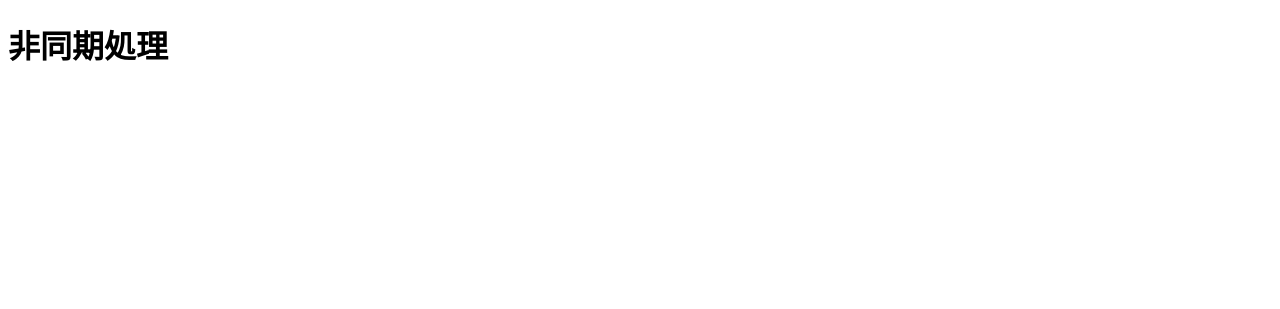
Repository: Takimidxgs/my-portfolio
Page: 1_6_non_sync/1_6_non_sync.html
These files come from the project's save history. The page is drawn as it stood at one moment and after the next save; the edit follows.
The browser window is 1280 px wide. The pictures show the whole page.

Above is the page before, as saved 2026-10-16 15:22:31.

### 1_6_non_sync/1_6_non_sync.html
<!DOCTYPE html>
<html lang="ja">
<head>
    <meta charset="UTF-8">
    <meta name="viewport" content="width=device-width, initial-scale=1.0">
    <title>非同期処理</title>
</head>
<body>
    <h1>非同期処理</h1>
    <script src="1_6_non_sync.js"></script>

</body>
</html>

### 1_6_non_sync/1_6_non_sync.js
function makeCoffee() {
    console.log("☕ スタッフ:先にコーヒーを準備します...");
    return new Promise((resolve) => {
        setTimeout(() => {
            console.log("✅ コーヒーができました！");
            resolve();
        }, 2000); // 2秒
    });
}

function makeSandwich() {
     console.log("🥪 スタッフ:次にサンドイッチを準備します...");
    return new Promise((resolve) => {
        setTimeout(() => {
            console.log("✅ サンドイッチができました！");
            resolve();
        }, 3000); // 3秒
    });
}

async function serveCustomer() {
    await Promise.all([makeCoffee(),makeSandwich()]);
    console.log("スタッフ:すべてできたので配膳します");
}

console.log("🥪 お客様がコーヒーとサンドイッチを注文しました");
serveCustomer();

After the next save:
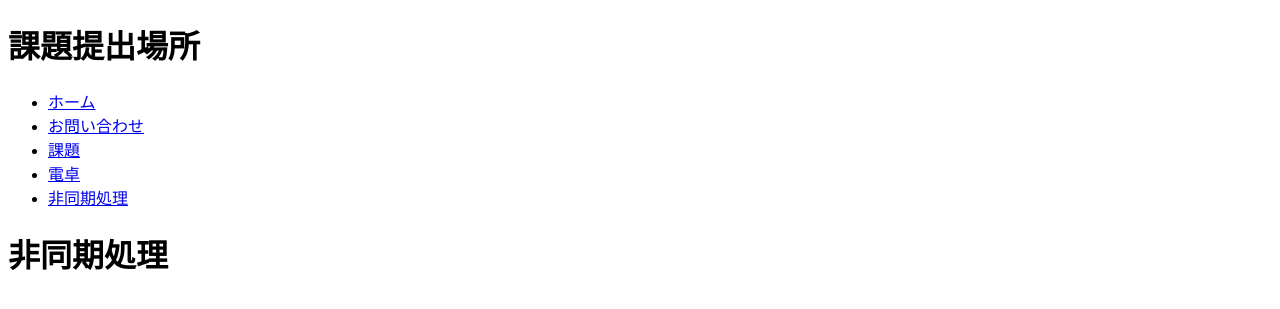
Saved 1 s later.
--- a/1_6_non_sync/1_6_non_sync.html
+++ b/1_6_non_sync/1_6_non_sync.html
@@ -6,8 +6,22 @@
     <title>非同期処理</title>
 </head>
 <body>
+     <header>
+        <h1>課題提出場所</h1>
+        <nav>
+            <ul class="nav-list">
+                <li><a href="../index.html">ホーム</a></li>
+                <li><a href="contact.html">お問い合わせ</a></li>
+                <li><a href="work.html">課題</a></li>
+                <li><a href="calculate.html">電卓</a></li>
+                <li><a href="1_6_non_sync.html">非同期処理</a></li>
+            </ul>
+        </nav>
+    </header>
+    <main>
     <h1>非同期処理</h1>
     <script src="1_6_non_sync.js"></script>
+    </main>
 
 </body>
 </html>
